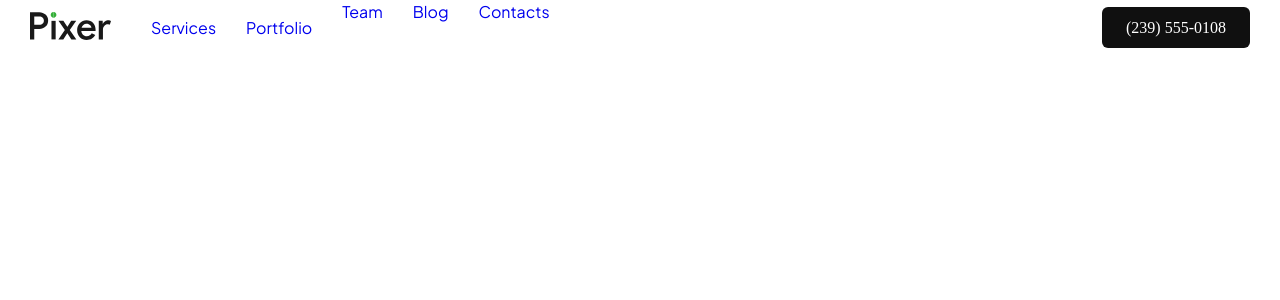
Repository: UlugbekAbdurasulov/pixar
Page: index.html
These files come from the project's save history. The page is drawn as it stood at one moment and after a run of saves; the edit follows.
The browser window is 1280 px wide. The pictures show the whole page.

Above is the page before, as saved 2023-06-04 23:28:10.

After the next 8 saves:
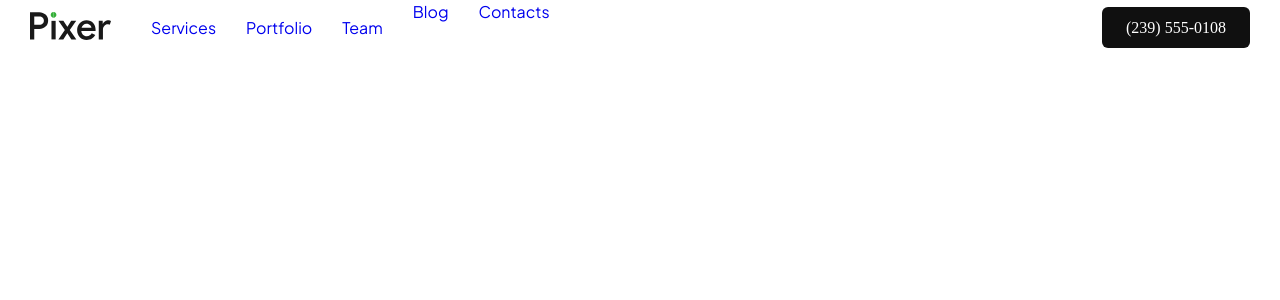
The 8 saves are shown as one change because they came seconds apart.
The last was saved 15 s later.
--- a/index.html
+++ b/index.html
@@ -25,7 +25,7 @@
               <ul class="navvar-helper">
                 <li class="navbar-menu"><a href="#"><p>   Services</p></a></li>
                 <li class="navbar-menu"><a href="#"><p>Portfolio</p></a></li>
-                <li class="navbar-menu"><a href="#">Team</a></li>
+                <li class="navbar-menu"><a href="#"><p>Team</p></a></li>
                 <li class="navbar-menu"><a href="#">Blog</a></li>
                 <li class="navbar-menu"><a href="#">Contacts</a></li>
               </ul>
